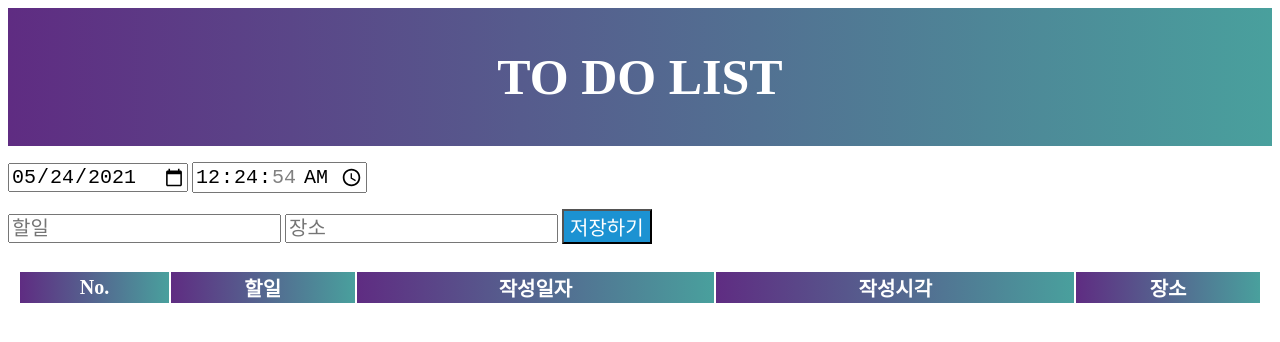
Repository: kimyoungjin98/Exam_Project
Page: http://localhost/Server_PR_TodoList/
These files come from the project's save history. The page is drawn as it stood at one moment and after the next save; the edit follows.
The browser window is 1280 px wide. The pictures show the whole page.
Some web fonts or font styles are not loaded; a fallback is used. The page is served by Tomcat 9. Queries for data that is not in the repository find no rows.

Above is the page before, as saved 2021-05-25 00:39:59.

After the next save:
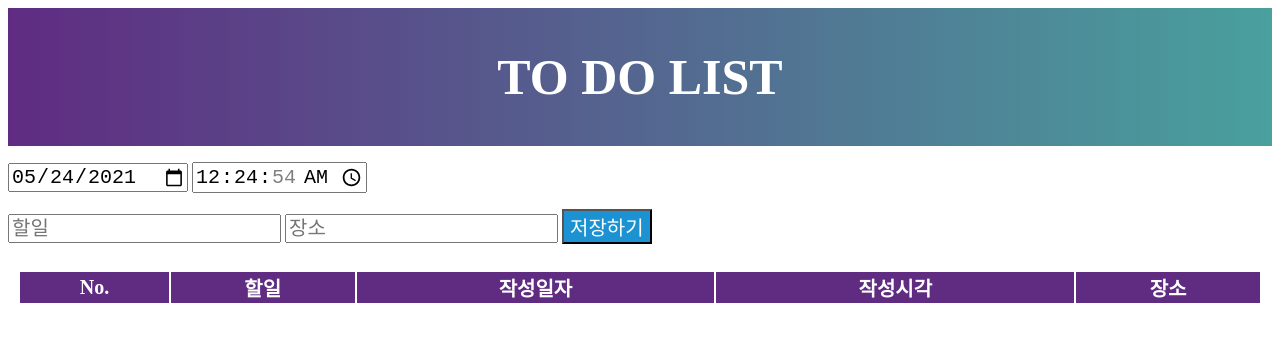
Saved 94 s later.
--- a/Server_PR_TodoList/src/main/webapp/WEB-INF/views/home.jsp
+++ b/Server_PR_TodoList/src/main/webapp/WEB-INF/views/home.jsp
@@ -63,12 +63,12 @@ table tr:hover{
 }
 
 table div{
-
+	border:1px solid #49a09d;
 	outline:1px solid #49a09d;
 }
 
 table th{
-	background:linear-gradient(to right, #5f2c82, #49a09d);
+	background-color:#5f2c82;
 	color:white;
 
 }
